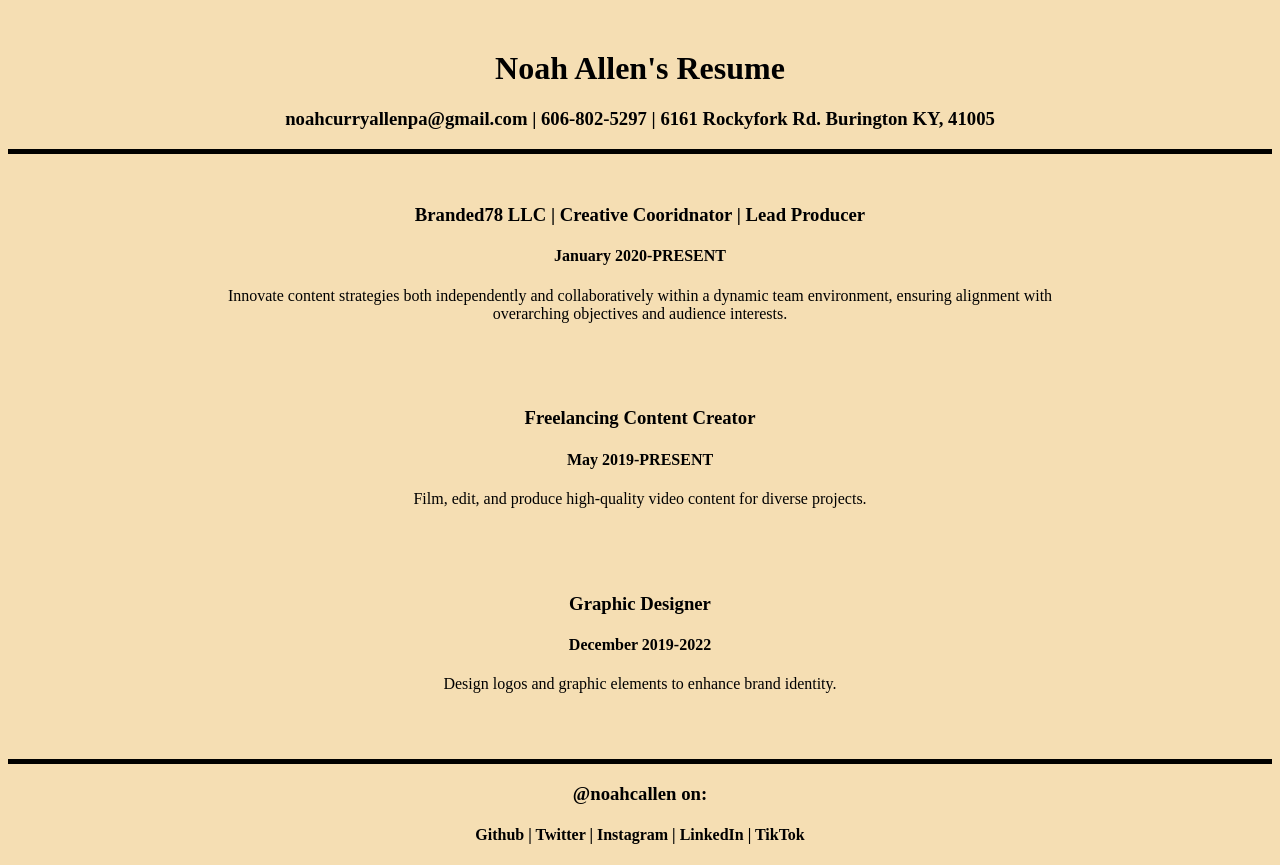
Repository: noahcallen/LAB-HTML-Resume
Page: index.html
An editor plug-in stored every save of this project. The page is shown before and after the next save, followed by the edit.
The browser window is 1280 px wide. The pictures show the whole page.

Above is the page before, as saved 2024-07-08 21:50:06.

After the next save:
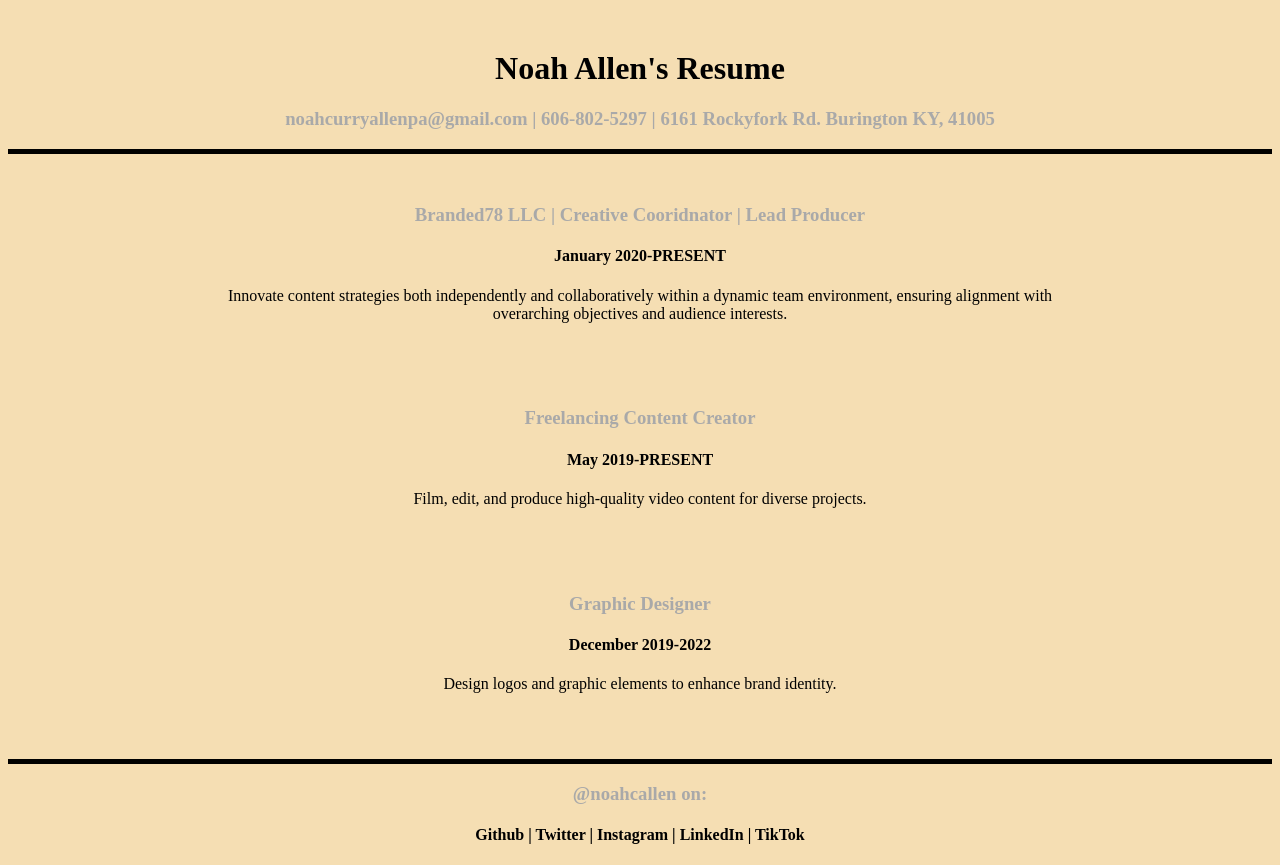
Saved 2 min 41 s later.
--- a/main.css
+++ b/main.css
@@ -1,6 +1,10 @@
 body {
   background-color: wheat;
   text-align: center;
+}
+
+h3 {
+  color: darkgray;
 }
 
 .HEADER {
